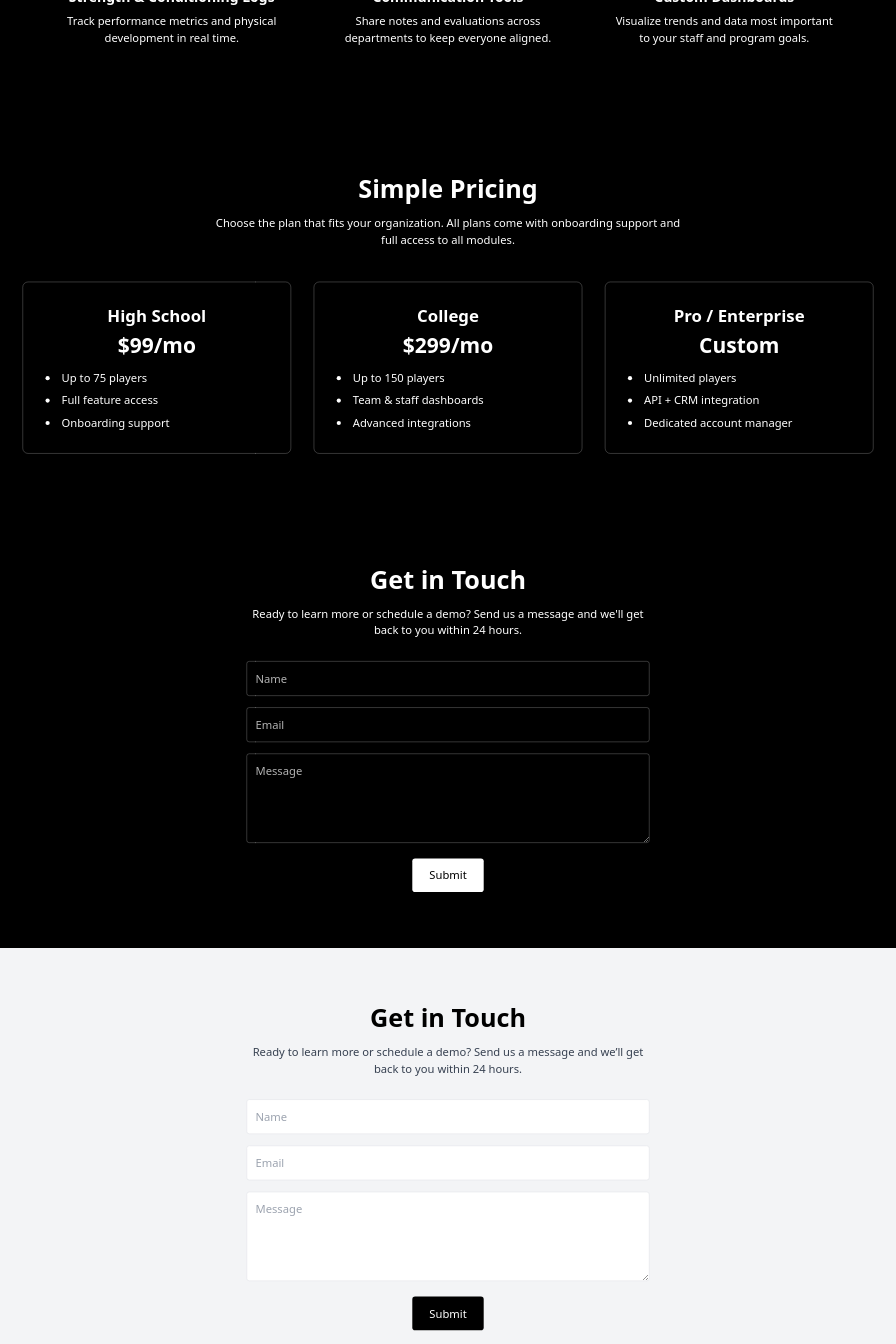
Repository: brandontaylor1/omniscouting-marketing
Page: /
These files come from the project's save history. The page is drawn as it stood at one moment and after a run of saves; the edit follows.
The browser window is 1280 px wide. The pictures show the part of the page from y = 1406 to 3326 px (the page is 3386 px tall before and 2920 px after), at 70% of full size.
Some web fonts or font styles are not loaded; a fallback is used. The project was rebuilt for these pictures with package versions that can differ from the ones it lists, and the page was loaded fresh each time. Also part of the build but not shown: next.config.mjs, vite.config.js.

Above is the page before, as saved 2025-08-03 16:37:06.

After the next 3 saves:
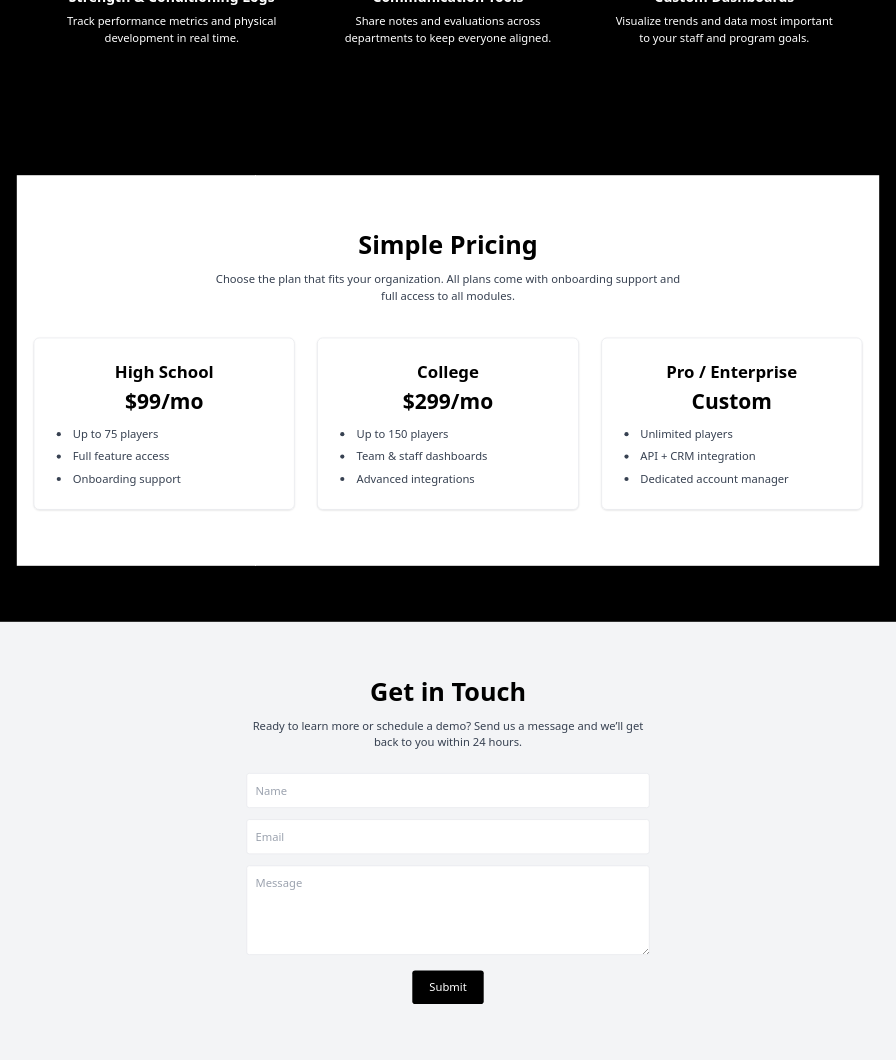
The 3 saves are shown as one change because 2 did not build or start.
The last was saved 82 s later.
--- a/src/App.jsx
+++ b/src/App.jsx
@@ -10,7 +10,7 @@
     <>
 
     <Navbar />
-    <section className="hero relative h-screen w-screen overflow-hidden">
+    <section className="relative h-screen w-screen overflow-hidden">
       <img
         src={backgroundImage}
         alt="Stadium"
@@ -69,35 +69,35 @@
       </section>
 
           {/* Pricing Section */}
-                {/* Pricing Section */}
-      <section className="py-20 px-6 text-center relative z-20">
-        <h2 className="text-4xl font-bold mb-4 text-white">Simple Pricing</h2>
-        <p className="text-white max-w-2xl mx-auto mb-12">
+      <section className="py-20 px-6 text-center relative z-20">          {/* Pricing Section */}
+      <section className="bg-white py-20 px-6 text-center">
+        <h2 className="text-4xl font-bold mb-4">Simple Pricing</h2>
+        <p className="text-gray-700 max-w-2xl mx-auto mb-12">
           Choose the plan that fits your organization. All plans come with onboarding support and full access to all modules.
         </p>
         <div className="flex flex-col md:flex-row justify-center gap-8">
-          <div className="border border-white/30 rounded-lg p-8 max-w-sm w-full">
-            <h3 className="text-2xl font-bold mb-2 text-white">High School</h3>
-            <p className="text-3xl font-semibold mb-4 text-white">$99/mo</p>
-            <ul className="text-white text-left list-disc list-inside space-y-2">
+          <div className="border rounded-lg p-8 shadow max-w-sm w-full">
+            <h3 className="text-2xl font-bold mb-2">High School</h3>
+            <p className="text-3xl font-semibold mb-4">$99/mo</p>
+            <ul className="text-gray-700 text-left list-disc list-inside space-y-2">
               <li>Up to 75 players</li>
               <li>Full feature access</li>
               <li>Onboarding support</li>
             </ul>
           </div>
-          <div className="border border-white/30 rounded-lg p-8 max-w-sm w-full">
-            <h3 className="text-2xl font-bold mb-2 text-white">College</h3>
-            <p className="text-3xl font-semibold mb-4 text-white">$299/mo</p>
-            <ul className="text-white text-left list-disc list-inside space-y-2">
+          <div className="border rounded-lg p-8 shadow max-w-sm w-full">
+            <h3 className="text-2xl font-bold mb-2">College</h3>
+            <p className="text-3xl font-semibold mb-4">$299/mo</p>
+            <ul className="text-gray-700 text-left list-disc list-inside space-y-2">
               <li>Up to 150 players</li>
               <li>Team & staff dashboards</li>
               <li>Advanced integrations</li>
             </ul>
           </div>
-          <div className="border border-white/30 rounded-lg p-8 max-w-sm w-full">
-            <h3 className="text-2xl font-bold mb-2 text-white">Pro / Enterprise</h3>
-            <p className="text-3xl font-semibold mb-4 text-white">Custom</p>
-            <ul className="text-white text-left list-disc list-inside space-y-2">
+          <div className="border rounded-lg p-8 shadow max-w-sm w-full">
+            <h3 className="text-2xl font-bold mb-2">Pro / Enterprise</h3>
+            <p className="text-3xl font-semibold mb-4">Custom</p>
+            <ul className="text-gray-700 text-left list-disc list-inside space-y-2">
               <li>Unlimited players</li>
               <li>API + CRM integration</li>
               <li>Dedicated account manager</li>
@@ -105,19 +105,6 @@
           </div>
         </div>
       </section>
-
-      {/* Contact Section */}
-      <section className="py-20 px-6 text-center relative z-20">
-        <h2 className="text-4xl font-bold mb-4 text-white">Get in Touch</h2>
-        <p className="text-white max-w-xl mx-auto mb-8">
-          Ready to learn more or schedule a demo? Send us a message and we'll get back to you within 24 hours.
-        </p>
-        <form className="max-w-xl mx-auto space-y-4">
-          <input type="text" placeholder="Name" className="w-full p-3 border border-white/30 rounded bg-transparent text-white placeholder-white/70" required />
-          <input type="email" placeholder="Email" className="w-full p-3 border border-white/30 rounded bg-transparent text-white placeholder-white/70" required />
-          <textarea placeholder="Message" className="w-full p-3 border border-white/30 rounded h-32 bg-transparent text-white placeholder-white/70" required></textarea>
-          <button type="submit" className="bg-white text-black px-6 py-3 rounded hover:bg-gray-200 transition">Submit</button>
-        </form>
       </section>
 
       {/* Contact Section */}
